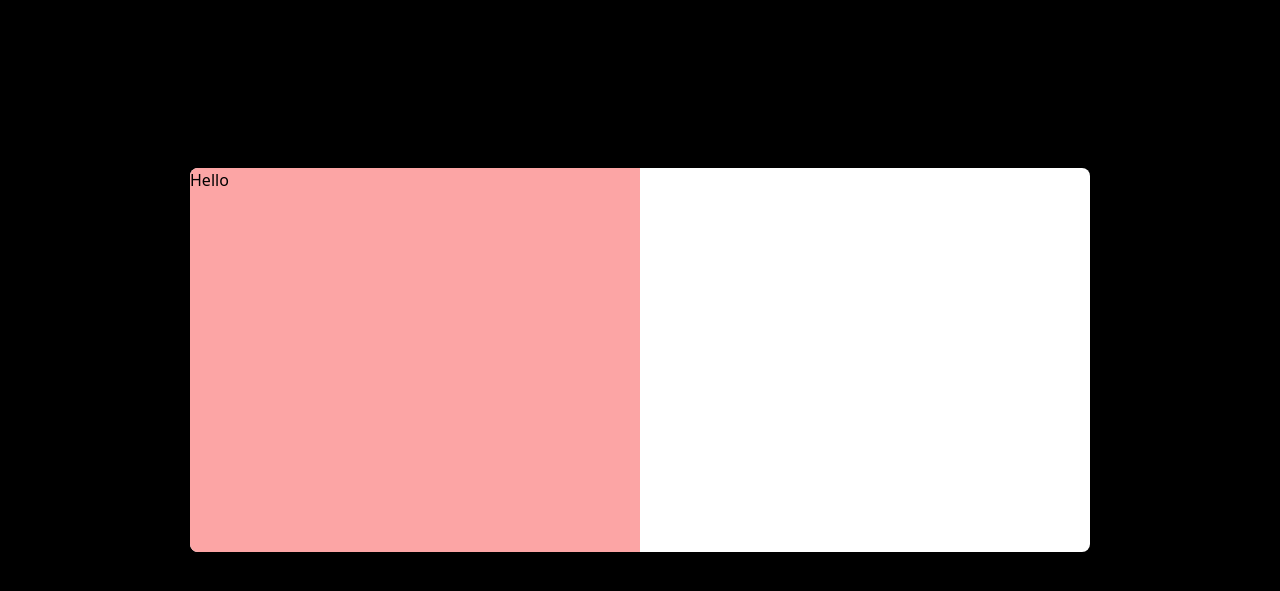
Repository: BerlinWebDev/FrontendMaster_PreviewMentor
Page: /
An editor plug-in stored every save of this project. The page is shown before and after the next save, followed by the edit.
The browser window is 1280 px wide. The pictures show the whole page.
The project was rebuilt for these pictures with package versions that can differ from the ones it lists, and the page was loaded fresh each time.

Above is the page before, as saved 2023-11-11 01:16:54.

After the next save:
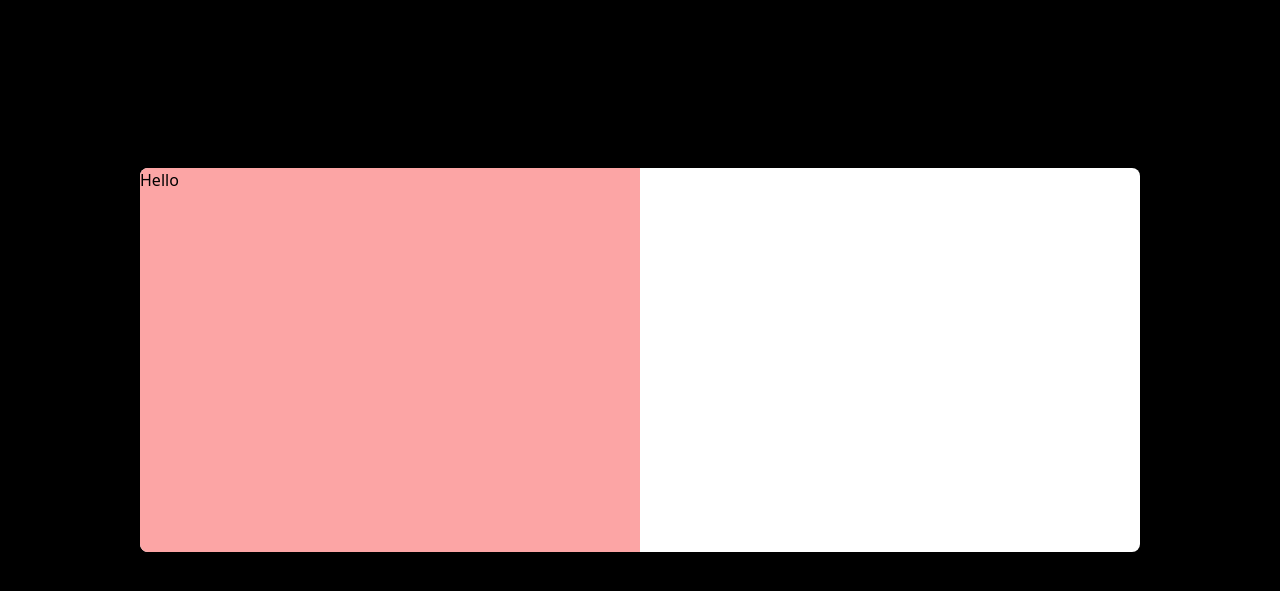
Saved 4 s later.
--- a/src/App.js
+++ b/src/App.js
@@ -7,7 +7,7 @@ function App() {
         <link rel="icon" href="/favicon.ico" />
       </header>
       <main className="flex min-h-screen flex-col items-center justify-center bg-black">
-        <div className="flex h-96 w-[900px] rounded-lg bg-white">
+        <div className="flex h-96 w-[1000px] rounded-lg bg-white">
           <aside className="w-1/2 bg-red-300 rounded-l-lg">Hello</aside>
         </div>
       </main>
